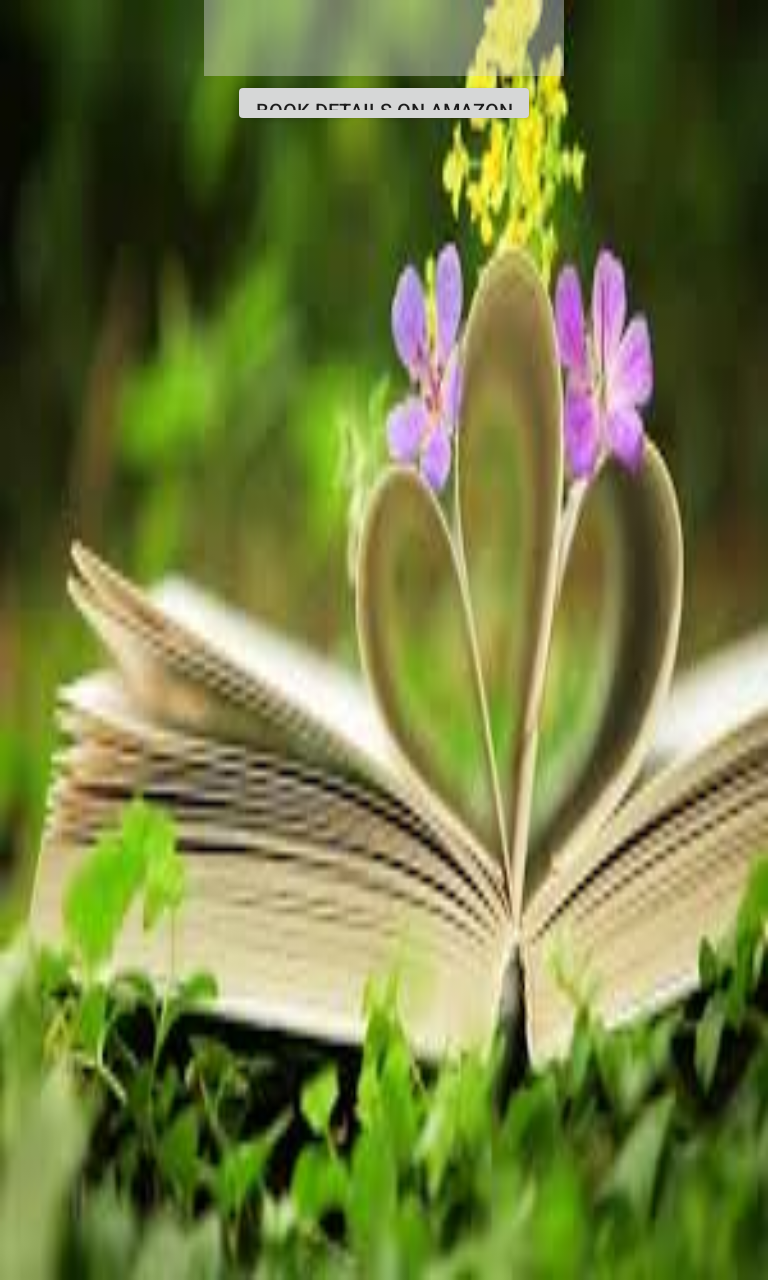
Repository: arianaantonio/MDF3_Antonio
Layout: Readable/res/layout/widget_layout.xml
The author's editor kept a copy of each file at every save. The layout is drawn from the files as they stood at one save, then again after the next save.
It is drawn on a 768 x 1280 px phone screen (xhdpi) without system bars, with theme AppTheme; the app's code is not run.

Above is the layout before, as saved 2014-08-21 03:31:44.

### Readable/res/layout/widget_layout.xml
<?xml version="1.0" encoding="utf-8"?>
<FrameLayout xmlns:android="http://schemas.android.com/apk/res/android"
    xmlns:tools="http://schemas.android.com/tools"
    android:layout_width="match_parent"
    android:layout_height="match_parent"
    android:padding="@dimen/widget_margin"
    android:orientation="vertical"
    android:background="@drawable/images" >

    <RelativeLayout
        android:layout_width="match_parent"
        android:layout_height="match_parent"

        android:orientation="vertical"
        tools:ignore="UselessParent"
         android:background="@drawable/images" >

        <TextView
            android:id="@+id/nextBookTitle"
            android:layout_width="180dp"
            android:layout_height="wrap_content"
            android:layout_alignParentTop="true"
            android:layout_centerHorizontal="true"
            android:background="@color/lightgrey"
            android:gravity="left"
            android:textColor="@color/black" />

        <TextView
            android:id="@+id/nextBook"
            android:layout_width="180dp"
            android:layout_height="wrap_content"
            android:layout_alignLeft="@+id/nextBookTitle"
            android:layout_below="@+id/nextBookTitle"
            android:background="@color/lightgrey"
            android:gravity="left"
            android:textColor="@color/black" />

        <Button
            android:id="@+id/button1"
            android:layout_width="wrap_content"
            android:layout_height="27dp"
            android:layout_below="@+id/nextBook"
            android:layout_centerHorizontal="true"
            android:text="@string/widget_button"
            android:textSize="10sp" />

    </RelativeLayout>

</FrameLayout>

### Readable/res/values/strings.xml
<?xml version="1.0" encoding="utf-8"?>
<resources>

    <string name="app_name">Readable</string>
    <string name="username">Enter Your Name:</string>
    <string name="nextBook">Next Book:</string>
    <color name="lavender">#50cba1e6</color>
    <string name="backgroundColor">Choose A Book Title Text Color:</string>
    <string name="button">Save Settings</string>
    <dimen name="widget_margin">8dp</dimen>
    <string name="widget_button">Book Details On Amazon</string>
    <string name="detailactivity">Book Details</string>
    <color name="black">#000000</color>
    <string name="name">Enter Name</string>
    <color name="lightgrey">#70D3D3D3</color>
    <color name="transparentBlack">#20000000</color>
    <color name="darkGray">#606060</color>

</resources>

Loaded but not shown: Readable/res/values/styles.xml (common file); Readable/res/values-v11/styles.xml (common file); Readable/res/values-v14/styles.xml (common file)

After the next save:
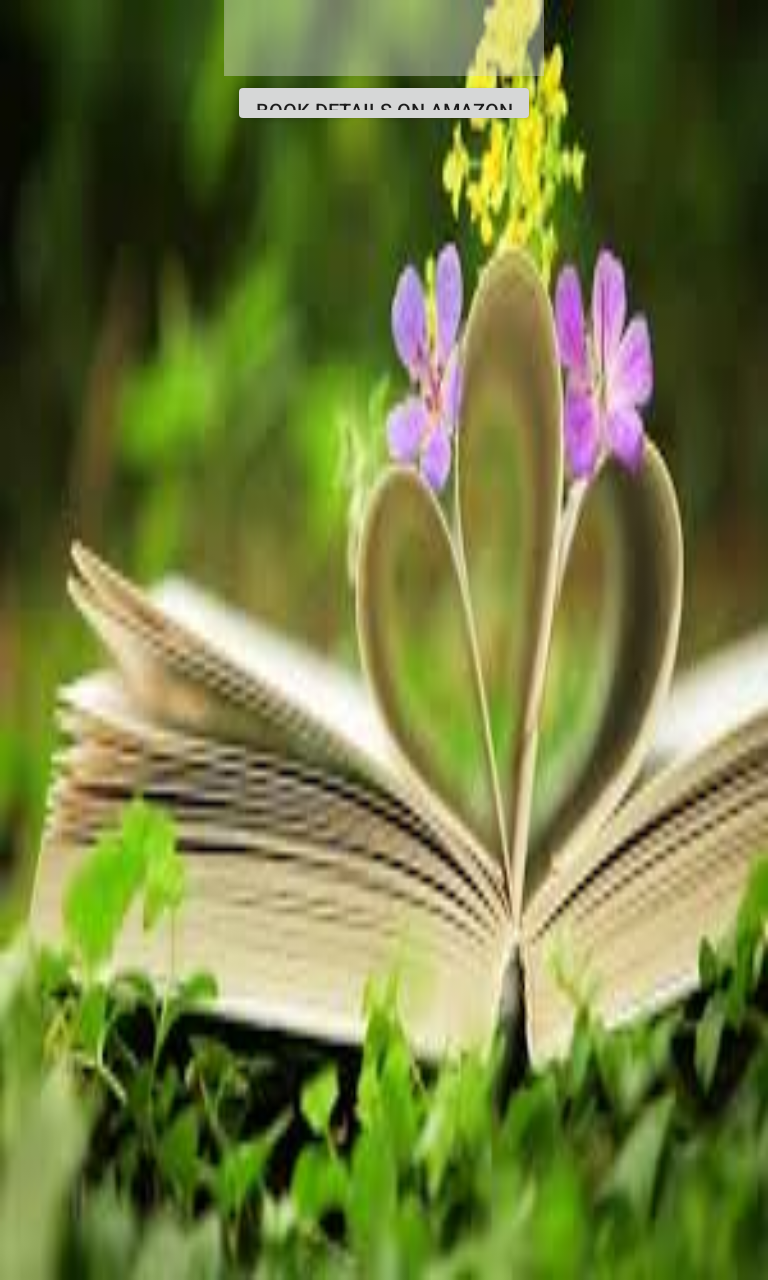
Saved 61 s later.
--- a/Readable/res/layout/widget_layout.xml
+++ b/Readable/res/layout/widget_layout.xml
@@ -17,7 +17,7 @@
 
         <TextView
             android:id="@+id/nextBookTitle"
-            android:layout_width="180dp"
+            android:layout_width="160dp"
             android:layout_height="wrap_content"
             android:layout_alignParentTop="true"
             android:layout_centerHorizontal="true"
@@ -27,7 +27,7 @@
 
         <TextView
             android:id="@+id/nextBook"
-            android:layout_width="180dp"
+            android:layout_width="160dp"
             android:layout_height="wrap_content"
             android:layout_alignLeft="@+id/nextBookTitle"
             android:layout_below="@+id/nextBookTitle"

After the save that followed:
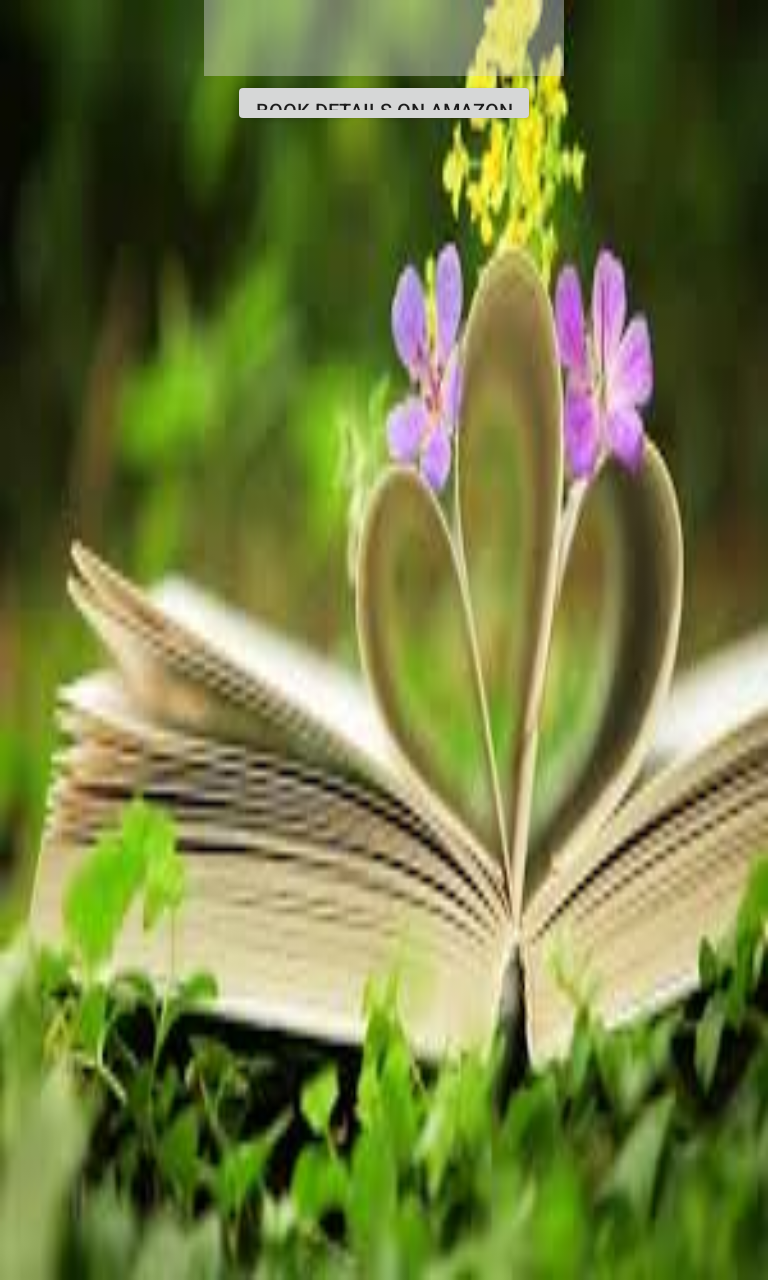
Saved 31 s later.
--- a/Readable/res/layout/widget_layout.xml
+++ b/Readable/res/layout/widget_layout.xml
@@ -17,7 +17,7 @@
 
         <TextView
             android:id="@+id/nextBookTitle"
-            android:layout_width="160dp"
+            android:layout_width="180dp"
             android:layout_height="wrap_content"
             android:layout_alignParentTop="true"
             android:layout_centerHorizontal="true"
@@ -27,7 +27,7 @@
 
         <TextView
             android:id="@+id/nextBook"
-            android:layout_width="160dp"
+            android:layout_width="180dp"
             android:layout_height="wrap_content"
             android:layout_alignLeft="@+id/nextBookTitle"
             android:layout_below="@+id/nextBookTitle"
